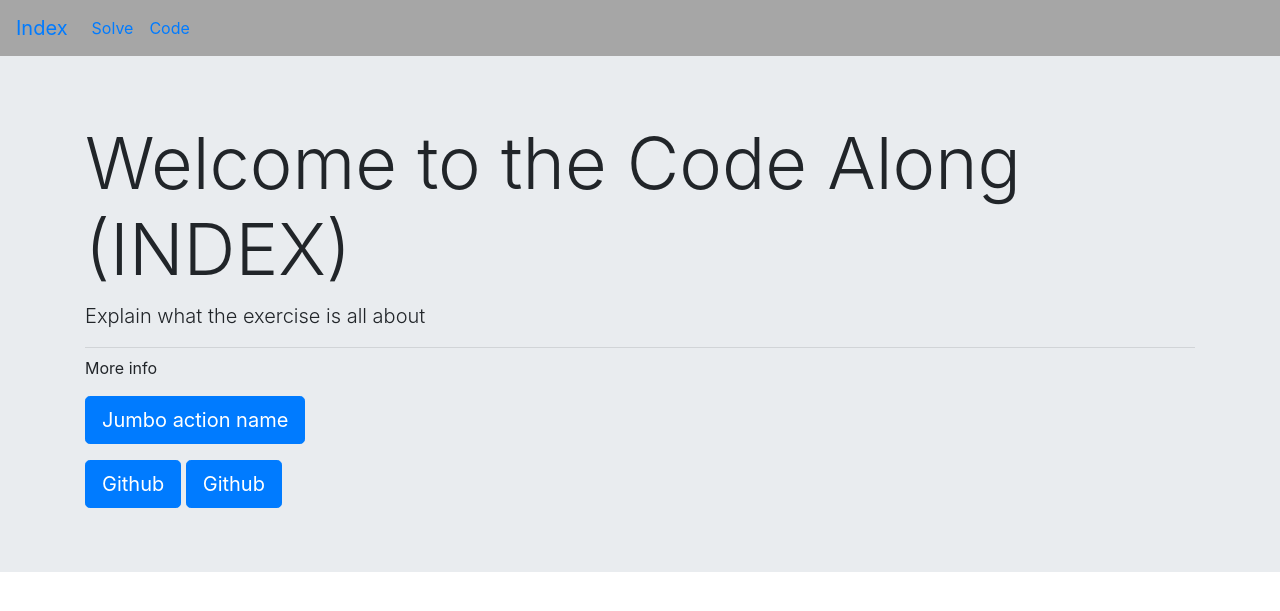
Repository: zhadjah9559/TacocatGrammar
Page: index.html
The author's editor kept a copy of each file at every save. The page is drawn from the files as they stood at one save, then again after the next save.
The browser window is 1280 px wide. The pictures show the whole page.

Above is the page before, as saved 2021-01-12 01:14:12.

### index.html
<!doctype html>
<html lang="en">
  <head>
    <title>Index</title>
    <!-- Required meta tags -->
    <meta charset="utf-8">
    <meta name="viewport" content="width=device-width, initial-scale=1, shrink-to-fit=no">

    <!-- Bootstrap CSS -->
    <link rel="stylesheet" href="https://stackpath.bootstrapcdn.com/bootstrap/4.3.1/css/bootstrap.min.css" integrity="sha384-ggOyR0iXCbMQv3Xipma34MD+dH/1fQ784/j6cY/iJTQUOhcWr7x9JvoRxT2MZw1T" crossorigin="anonymous">
  </head>
  <body>

    <nav class="navbar navbar-expand-sm" style="background-color: #A6A6A6;">
        <a class="navbar-brand" href="#">Index</a>
        <button class="navbar-toggler d-lg-none" type="button" data-toggle="collapse" data-target="#collapsibleNavId" aria-controls="collapsibleNavId"
            aria-expanded="false" aria-label="Toggle navigation"></button>
        <div class="collapse navbar-collapse" id="collapsibleNavId">
            <ul class="navbar-nav mr-auto mt-2 mt-lg-0">
                <li class="nav-item active">
                    <a class="nav-link" href="solve.html">Solve<span class="sr-only">(current)</span></a>
                </li>
                <li class="nav-item">
                    <a class="nav-link" href="code.html">Code</a>
                </li>
            </ul>
        </div>
    </nav>


    <div class="jumbotron jumbotron-fluid">
        <div class="container">
            <h1 class="display-3">Welcome to the Code Along (INDEX)</h1>
            <p class="lead">Explain what the exercise is all about</p>
            <hr class="my-2">
            <p>More info</p>
            <p class="lead">
                <a class="btn btn-primary btn-lg" href="Jumbo action link" role="button">Jumbo action name</a>
            </p>

            <a class="btn btn-primary btn-lg" target="_blank" href="https://github.com/zhadjah9559" role="button">Github</a>
            <a class="btn btn-primary btn-lg" target="_blank" href="https://github.com/zhadjah9559" role="button">Github</a>

        </div>
    </div>



    <!-- Optional JavaScript -->
    <!-- jQuery first, then Popper.js, then Bootstrap JS -->
    <script src="https://code.jquery.com/jquery-3.3.1.slim.min.js" integrity="sha384-q8i/X+965DzO0rT7abK41JStQIAqVgRVzpbzo5smXKp4YfRvH+8abtTE1Pi6jizo" crossorigin="anonymous"></script>
    <script src="https://cdnjs.cloudflare.com/ajax/libs/popper.js/1.14.7/umd/popper.min.js" integrity="sha384-UO2eT0CpHqdSJQ6hJty5KVphtPhzWj9WO1clHTMGa3JDZwrnQq4sF86dIHNDz0W1" crossorigin="anonymous"></script>
    <script src="https://stackpath.bootstrapcdn.com/bootstrap/4.3.1/js/bootstrap.min.js" integrity="sha384-JjSmVgyd0p3pXB1rRibZUAYoIIy6OrQ6VrjIEaFf/nJGzIxFDsf4x0xIM+B07jRM" crossorigin="anonymous"></script>
  </body>
</html>

After the next save:
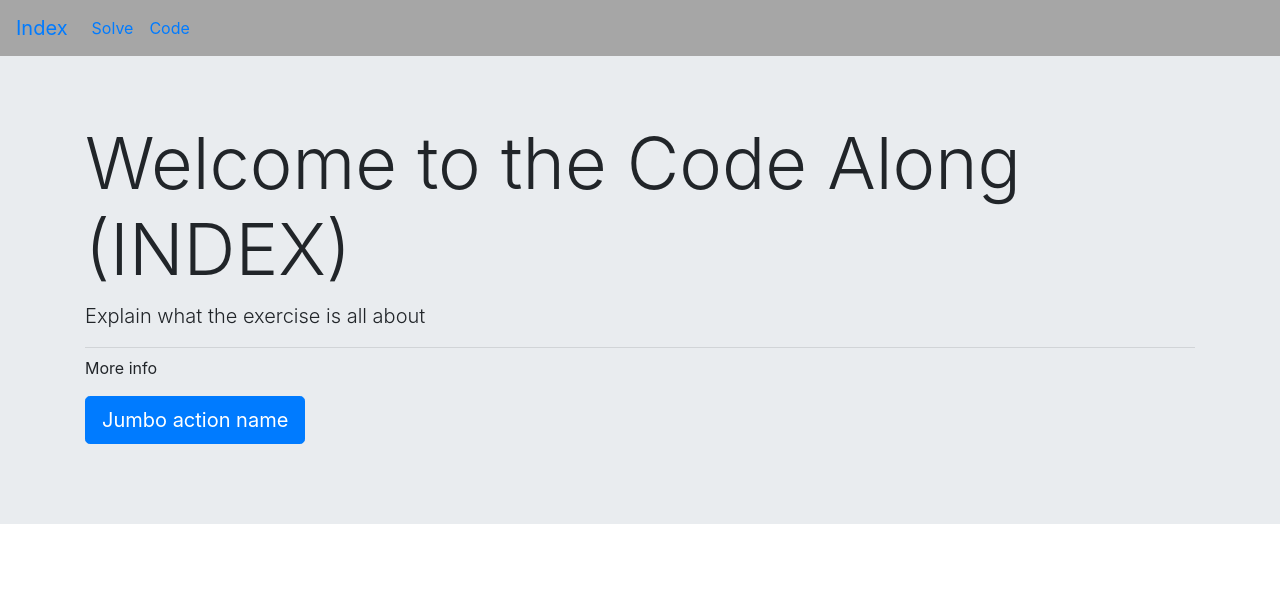
Saved 7 s later.
--- a/index.html
+++ b/index.html
@@ -38,8 +38,6 @@
                 <a class="btn btn-primary btn-lg" href="Jumbo action link" role="button">Jumbo action name</a>
             </p>
 
-            <a class="btn btn-primary btn-lg" target="_blank" href="https://github.com/zhadjah9559" role="button">Github</a>
-            <a class="btn btn-primary btn-lg" target="_blank" href="https://github.com/zhadjah9559" role="button">Github</a>
 
         </div>
     </div>
